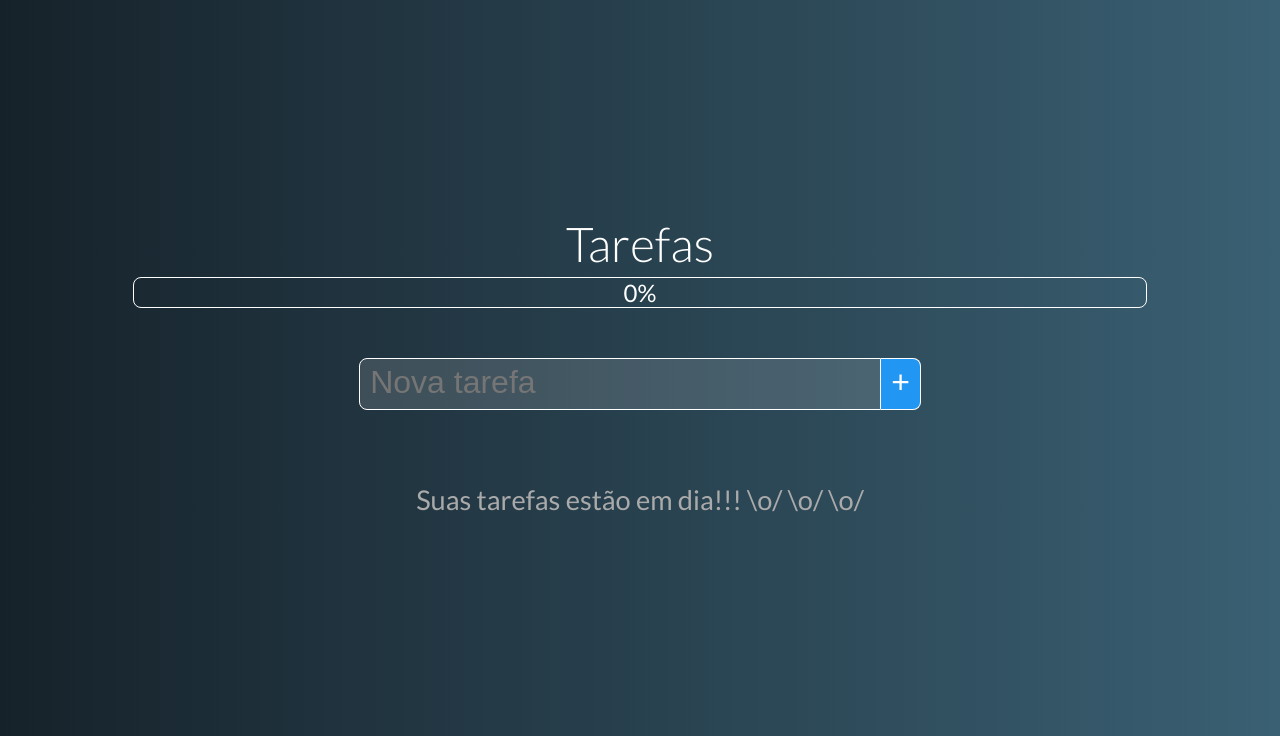
Repository: LucianoBitt/Curso_VueJS
Page: / (app in projeto-02-tarefas/tarefas/)
An editor plug-in stored every save of this project. The page is shown before and after the next save, followed by the edit.
The browser window is 1280 px wide. The pictures show the whole page.
The project was rebuilt for these pictures with package versions that can differ from the ones it lists, and the page was loaded fresh each time.

Above is the page before, as saved 2023-12-05 17:34:39.

### projeto-02-tarefas/tarefas/src/App.vue
<template>
	<div id="app">
		<h1>Tarefas</h1>
		<TasksProgress :progress="progress" />
		<NewTask @taskAdded="addTask" />
		<TaskGrid :tasks="tasks"
			@taskDeleted="deleteTask"
			@taskStateChanged="toggleTaskState" />
	</div>
</template>

<script>
import TasksProgress from '@/components/TasksProgress.vue';
import NewTask from '@/components/NewTask.vue';
import TaskGrid from '@/components/TaskGrid.vue';

export default {
	components: { TasksProgress, NewTask, TaskGrid },
	data() {
		return {
			tasks: []
		}
	},
	computed: {
		progress() {
			const total = this.tasks.length
			const done = this.tasks.filter(t => !t.pending).length
			return Math.round(done / total * 100) || 0
		}
	},
	watch: {
		tasks: {
			deep: true
		}
	},
	methods: {
		addTask(task) {
			const sameName = t => t.name === task.name
			const reallyNew = this.tasks.filter(sameName).length == 0
			if (reallyNew) {
				this.tasks.push({
					name: task.name,
					pending: task.pending || true
				})
			}
		},
		deleteTask(i) {
			this.tasks.splice(i, 1)
		},
		toggleTaskState(i) {
			this.tasks[i].pending = !this.tasks[i].pending
		}
	},
	created() {
		const json = localStorage.getItem('tasks')
		const array = JSON.parse(json)
		this.tasks = Array.isArray(array) ? array : []
	}
}
</script>

<style>
	body {
		font-family: 'Lato', sans-serif;
		background: linear-gradient(to right, rgb(22, 34, 42), rgb(58, 96, 115));
		color: #FFF;
	}

	#app {
		display: flex;
		flex: 1;
		flex-direction: column;
		justify-content: center;
		align-items: center;
		height: 100vh;
	}

	#app h1 {
		margin-bottom: 5px;
		font-weight: 300;
		font-size: 3rem;
	}
</style>

### projeto-02-tarefas/tarefas/src/components/TasksProgress.vue
<template>
	<div class="tasks-progress">
		<span class="progress-value">{{ progress }}%</span>
		<div class="progress-bar" :style="{width: progress + '%'}"></div>
	</div>
</template>

<script>
export default {
	props: {
			progress: { type: Number, default: 0 }
		}
	}
</script>

<style>
.tasks-progress {
	position: relative;
	width: 80%;
	border: 1px solid #FFF;
	color: #FFF;
	border-radius: 8px;
	margin-bottom: 15px;
	display: flex;
	flex-direction: column;
	align-items: center;
}

.progress-bar {
	position: absolute;
	border-radius: 8px;
	height: 100%;
	background-color: #4CAF50;
	align-self: flex-start;
}

.progress-value {
	z-index: 1;
	font-size: 1.5rem;
}
</style>

### projeto-02-tarefas/tarefas/src/components/NewTask.vue
<template>
	<div class="new-task">
		<input v-model="name" @keydown.enter="add" type="text"
			class="form-element" placeholder="Nova tarefa">
		<button class="form-element" @click="add">+</button>
	</div>
</template>

<script>
export default {
	data() {
		return {
			name: ''
		}
	},
	methods: {
		add() {
			this.$emit('taskAdded', { name: this.name })
			this.name = ''
		}
	}
}
</script>

<style>
	.new-task {
		margin: 35px;
	}

	.form-element {
		outline: none;
		font-size: 2rem;
		border: 1px solid #FFF;
		padding: 5px 10px 8px;
		color: #FFF;
	}

	input.form-element {
		width: 500px;
		background-color: #FFF2;
		border-top-left-radius: 8px;
		border-bottom-left-radius: 8px;
	}

	button.form-element {
		border-left: none;
		background-color: #2196F3;
		border-top-right-radius: 8px;
		border-bottom-right-radius: 8px;
	}
</style>

### projeto-02-tarefas/tarefas/src/components/TaskGrid.vue
<template>
	<div class="task-grid">
		<template v-if="tasks.length">
			<Task v-for="(task, i) in tasks" :key="task.name"
				@taskDeleted="$emit('taskDeleted', i)"
				@taskStateChanged="$emit('taskStateChanged', i)"
				:task="task"></Task>
		</template>
		<p v-else class="no-task">Suas tarefas estão em dia!!! \o/ \o/ \o/</p>
	</div>
</template>

<script>
import Task from './Task.vue';

export default {
	components: { Task },
	props: {
		tasks: { type: Array, required: true }
	}
}
</script>

<style>
	.task-grid {
		display: flex;
		justify-content: center;
		flex-wrap: wrap;
		margin: 10px;
	}

	.task-grid .task {
		margin: 10px;
	}

	.no-task {
		color: #AAA;
		font-size: 1.7rem;
	}
</style>

### projeto-02-tarefas/tarefas/src/components/Task.vue
<template>
	<div @click="$emit('taskStateChanged', task)"
			class="task" :class="stateClass">
		<span @click.stop="$emit('taskDeleted', task)" class="close">x</span>
		<p>{{ task.name }}</p>
	</div>
</template>

<script>
export default {
	props: {
			task: { type: Object, required: true}
	},
	computed: {
		stateClass() {
			return {
				pending: this.task.pending,
				done: !this.task.pending
			}
		}
	}
}
</script>

<style>
	.task {
		position: relative;
		box-sizing: border-box;
		width: 350px;
		height: 150px;
		padding: 10px;
		border-radius: 8px;
		font-size: 2rem;
		font-weight: 300;
		cursor: pointer;
		user-select: none;
		display: flex;
		justify-content: center;
		align-items: center;
	}

	.pending {
		border-left: 12px solid #B73229;
		background-color: #F44336;
	}

	.done {
		color:#DDD;
		border-left: 12px solid #0A8F05;
		background-color: #4CAF50;
		text-decoration: line-through;
	}

	.pending .close {
		background-color: #B73229;
	}

	.done .close {
		background-color: #0A8F08;
	}

	.close {
		position: absolute;
		right: 10px;
		top: 10px;
		font-size: 1rem;
		font-weight: 600;
		height: 20px;
		width: 20px;
		border-radius: 10px;
		display: flex;
		justify-content: center;
	}
</style>

Loaded but not shown: projeto-02-tarefas/tarefas/public/index.html (common file); projeto-02-tarefas/tarefas/src/main.js (common file)

After the next save:
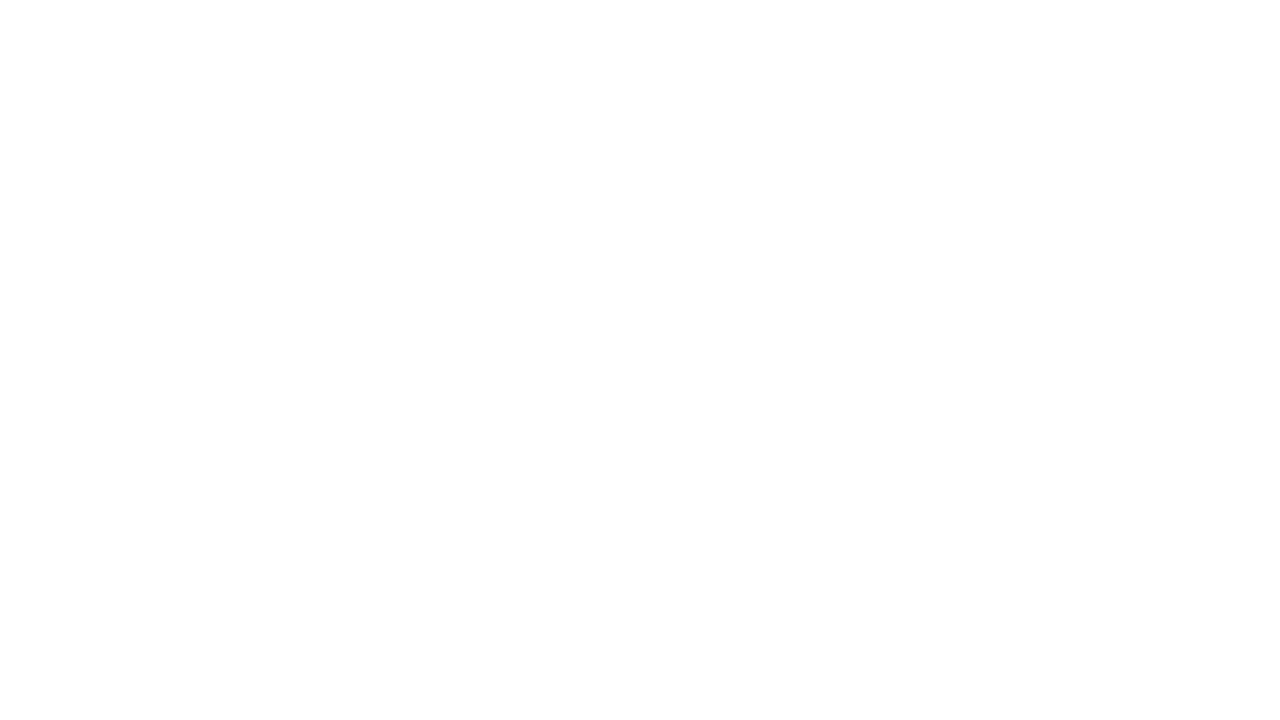
Console error: ReferenceError: handler is not defined
Saved 24 s later.
--- a/projeto-02-tarefas/tarefas/src/App.vue
+++ b/projeto-02-tarefas/tarefas/src/App.vue
@@ -30,7 +30,8 @@
 	},
 	watch: {
 		tasks: {
-			deep: true
+			deep: true,
+			handler
 		}
 	},
 	methods: {

After the save that followed:
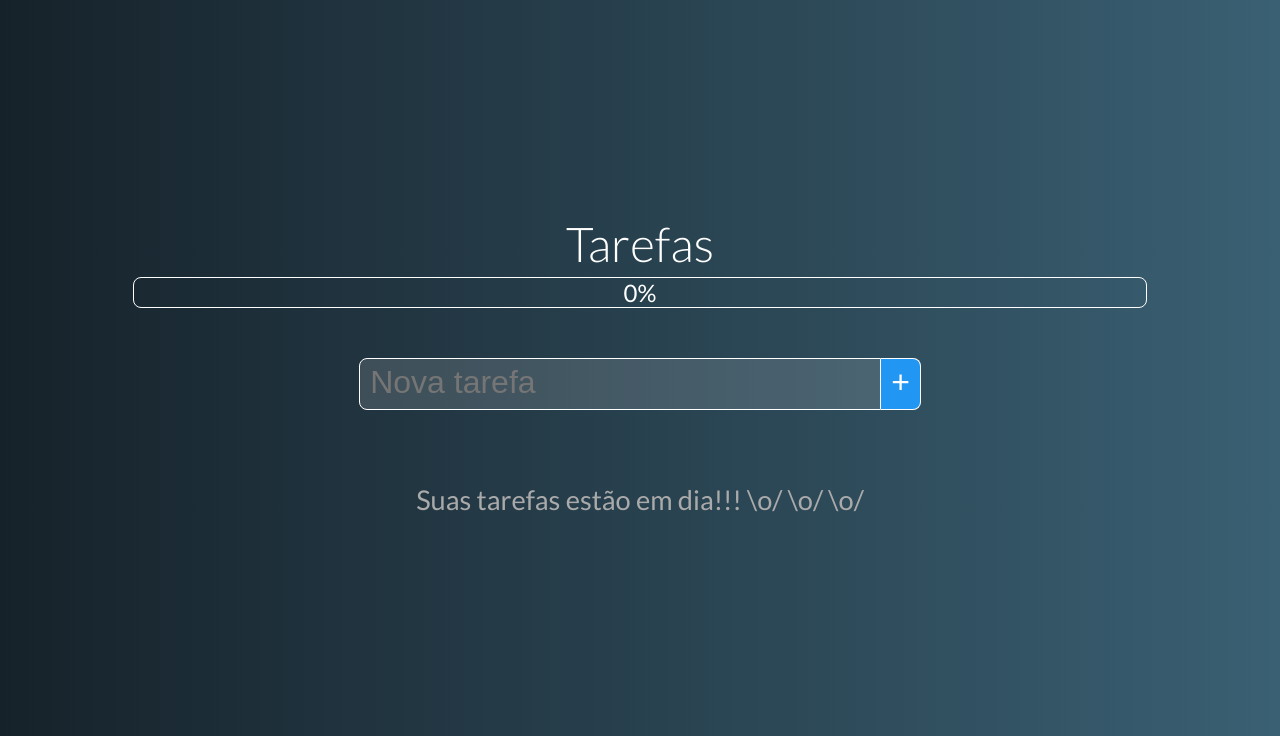
The error is gone.
Saved 9 s later.
--- a/projeto-02-tarefas/tarefas/src/App.vue
+++ b/projeto-02-tarefas/tarefas/src/App.vue
@@ -31,7 +31,9 @@
 	watch: {
 		tasks: {
 			deep: true,
-			handler
+			handler() {
+				localStorage.setItem('tasks', JSON.stringify(this.tasks))
+			}
 		}
 	},
 	methods: {
